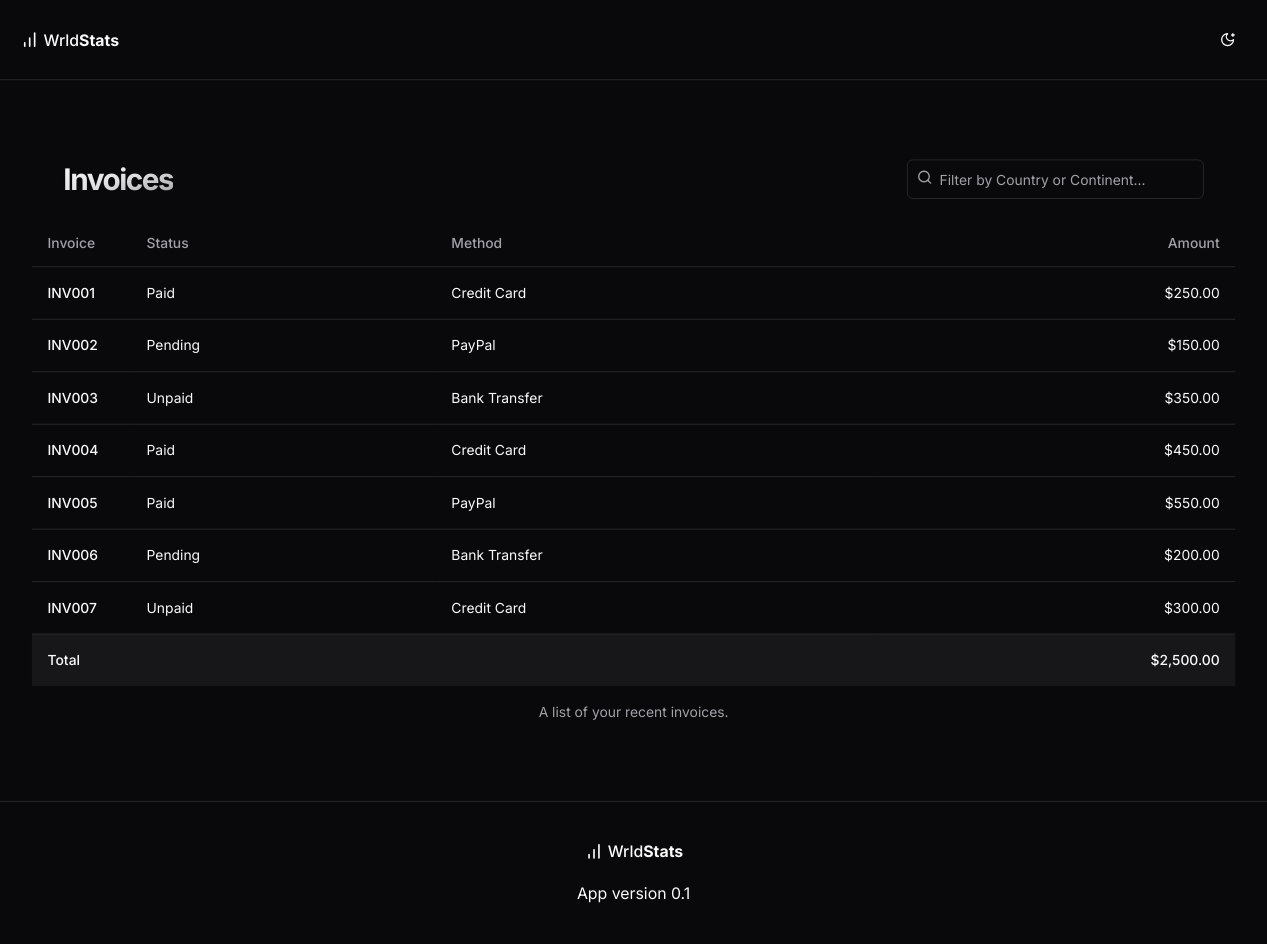
Repository: tushcmd/wrld-stats
Page: /
An editor plug-in stored every save of this project. The page is shown before and after the next save, followed by the edit.
The browser window is 1280 px wide. The pictures show the whole page, at 99% of full size.
The project was rebuilt for these pictures with package versions that can differ from the ones it lists, and the page was loaded fresh each time. The framework's server and built-in components were replaced by stand-ins that run in the browser. Also part of the build but not shown: next.config.mjs.

Above is the page before, as saved 2024-04-21 17:20:43.

### app/layout.tsx
import './globals.css';
import { Inter } from 'next/font/google';

import { Metadata, Viewport } from 'next';
import siteMetadata from '../data/siteMetadata';

import Navbar from '@/components/shared/Navbar';
import Footer from '@/components/shared/Footer';
import AppProviders from '@/components/providers/AppProviders';

const inter = Inter({ subsets: ['latin'] });

export const viewport: Viewport = {
  width: 'device-width',
  initialScale: 1,
  maximumScale: 1,
};

export const metadata: Metadata = {
  metadataBase: new URL(siteMetadata.siteUrl),
  title: {
    default: siteMetadata.title,
    template: `%s | ${siteMetadata.title}`,
  },
  description: siteMetadata.description,
  openGraph: {
    title: siteMetadata.title,
    description: siteMetadata.description,
    url: './',
    siteName: siteMetadata.title,
    locale: 'en',
    type: 'website',
  },
  alternates: {
    canonical: './',
  },
  robots: {
    index: true,
    follow: true,
    googleBot: {
      index: true,
      follow: true,
      'max-video-preview': -1,
      'max-image-preview': 'large',
      'max-snippet': -1,
    },
  },
  twitter: {
    title: siteMetadata.title,
    card: 'summary_large_image',
  },
};

export default function RootLayout({ children }: { children: React.ReactNode }) {
  return (
    <html lang="en" suppressHydrationWarning>
      <body className={inter.className}>
        <AppProviders>
          <Navbar />
          {children}
          <Footer />
        </AppProviders>
      </body>
    </html>
  );
}

### app/page.tsx
import Hero from '@/components/Hero';

export default function Home() {
  return (
    <main className="page-container">
      <Hero />
    </main>
  );
}

### app/globals.css
@tailwind base;
@tailwind components;
@tailwind utilities;

@layer base {
  :root {
    --background: 0 0% 100%;
    --foreground: 240 10% 3.9%;

    --card: 0 0% 100%;
    --card-foreground: 240 10% 3.9%;

    --popover: 0 0% 100%;
    --popover-foreground: 240 10% 3.9%;

    --primary: 240 5.9% 10%;
    --primary-foreground: 0 0% 98%;

    --secondary: 240 4.8% 95.9%;
    --secondary-foreground: 240 5.9% 10%;

    --muted: 240 4.8% 95.9%;
    --muted-foreground: 240 3.8% 46.1%;

    --accent: 240 4.8% 95.9%;
    --accent-foreground: 240 5.9% 10%;

    --destructive: 0 84.2% 60.2%;
    --destructive-foreground: 0 0% 98%;

    --border: 240 5.9% 90%;
    --input: 240 5.9% 90%;
    --ring: 240 10% 3.9%;

    --radius: 0.5rem;
  }

  .dark {
    --background: 240 10% 3.9%;
    --foreground: 0 0% 98%;

    --card: 240 10% 3.9%;
    --card-foreground: 0 0% 98%;

    --popover: 240 10% 3.9%;
    --popover-foreground: 0 0% 98%;

    --primary: 0 0% 98%;
    --primary-foreground: 240 5.9% 10%;

    --secondary: 240 3.7% 15.9%;
    --secondary-foreground: 0 0% 98%;

    --muted: 240 3.7% 15.9%;
    --muted-foreground: 240 5% 64.9%;

    --accent: 240 3.7% 15.9%;
    --accent-foreground: 0 0% 98%;

    --destructive: 0 62.8% 30.6%;
    --destructive-foreground: 0 0% 98%;

    --border: 240 3.7% 15.9%;
    --input: 240 3.7% 15.9%;
    --ring: 240 4.9% 83.9%;
  }

}

@layer base {
  * {
    @apply border-border;
  }
  body {
    @apply bg-background text-foreground;
  }
}

@layer components {

  /* FONT SIZES */
  .h1 {
		@apply text-5xl lg:text-6xl font-bold;
	}
	.h2 {
		@apply sm:text-3xl text-4xl font-bold;
	}
	.h3 {
		@apply text-2xl font-medium;
	}
	.h4 {
		@apply text-xl sm:text-lg font-normal;
	}

  /* LAYOUTS  */
	.layout-container {
		@apply container mx-auto px-5;
	}

	.page-container {
		@apply container py-20 flex flex-col gap-16 max-w-7xl;
	}
}

### data/siteMetadata.ts
const siteMetada = {
        title: "Wrld Stats",
        author: "Tush",
        headerTitle: "Wrld Stats",
        description: "Visualiser for world stats in different countries",
        language: "en",
        theme: "system", // system, dark or light
        siteUrl: "https://tushdev.co/",
        siteLogo: "public/vercel.png",
        locale: "en",
}

export default siteMetada

### components/shared/Navbar.tsx
import React, { FC } from 'react';
import ThemeSwitcherButton from '../ui/ThemeSwitcher';
import Logo from './Logo';

const Navbar: FC = () => {
  return (
    <nav className="border-b py-5">
      <div className="layout-container flex justify-between items-center max-w-7xl">
        <Logo />
        <ThemeSwitcherButton />
      </div>
    </nav>
  );
};

export default Navbar;

### components/shared/Footer.tsx
import React, { FC } from 'react'
import Logo from './Logo'
import { APP_VERSION } from '@/lib/config'

const Footer: FC = () => {
  return (
    <footer className='border-t'>
        <div className='layout-container flex flex-col gap-5 items-center  justify-center py-10'>
            <Logo />
            <p>App version {APP_VERSION}</p>
        </div>

    </footer>
  )
}

export default Footer

### components/providers/AppProviders.tsx
'use client';

import { ThemeProvider } from 'next-themes';
import { FC, ReactNode } from 'react';

interface AppProvidersProps {
  children: ReactNode;
}


const AppProviders: FC<AppProvidersProps> = ({ children }) => {
  return (
    <>
      <ThemeProvider attribute="class" disableTransitionOnChange defaultTheme="dark" enableSystem>
        {children}

      </ThemeProvider>
    </>
  );
};

export default AppProviders;

### components/Hero.tsx
import { Search } from 'lucide-react';
import React, { FC } from 'react';
import { TableDemo } from './list';
import { Input } from './ui/input';

const Hero: FC = () => {
  return (
    <section className="flex flex-col items-center justify-center gap-5">
      <div className='container flex flex-col md:flex-row justify-between items-center'>
        <p className='text-base lg:text-3xl tracking-tighter font-bold bg-gradient-to-br from-foreground via-secondary-foreground/90 to-muted-foreground bg-clip-text text-transparent drop-shadow-sm'>Invoices</p>
        <form className="ml-auto flex-1 sm:flex-initial">
          <div className="relative">
            <Search className="absolute left-2.5 top-2.5 h-4 w-4 text-muted-foreground" />
            <Input
              type="search"
              placeholder="Filter by Country or Continent..."
              className="pl-8 sm:w-[300px] md:w-[200px] lg:w-[300px]" />
          </div>
        </form>
      </div>

      <TableDemo />
    </section>
  );
};


export default Hero;

### components/ui/ThemeSwitcher.tsx
"use client";

import { useTheme } from "next-themes";
import React, { FC, useEffect, useState } from "react";
import { SunIcon,  Laptop, MoonStarIcon } from "lucide-react";
import {
	DropdownMenu,
	DropdownMenuContent,
	DropdownMenuItem,
	DropdownMenuTrigger,
} from "./dropdown-menu";
import { Button } from "./button";

const themes = [
	{
		value: "light",
		label: "Light",
		icon: SunIcon,
	},
	{
		value: "dark",
		label: "Dark",
		icon: MoonStarIcon,
	},
	{
		value: "system",
		label: "System",
		icon: Laptop,
	},
];

const ThemeSwitcher: FC = () => {
  const [mounted, setMounted] = useState(false)
	const { theme, setTheme } = useTheme();
	const currentTheme = themes.find((t) => t.value === theme);
	const ThemeIcon = currentTheme?.icon

  useEffect(() => {
    setMounted(true)
  }, [])

	return mounted && (
		<div className="flex">
			<DropdownMenu  >
				<DropdownMenuTrigger asChild>
					<Button variant="ghost" size={"icon"}>{!!ThemeIcon && <ThemeIcon className="w-4 h-4"/>}</Button>
				</DropdownMenuTrigger>
				<DropdownMenuContent>
					{themes.map(({value, label}) => <DropdownMenuItem role="button" onClick={() => setTheme(value)} key={value}>{label}</DropdownMenuItem>)}
				</DropdownMenuContent>
			</DropdownMenu>
		</div>
	);
};

export default ThemeSwitcher;

### components/shared/Logo.tsx

import { URLS } from "@/lib/urls";
import { BarChart } from "lucide-react";
import Link from "next/link";
import React, { FC } from "react";

const Logo: FC = () => {
	return (
		<Link href={URLS.HOMEPAGE} className="flex items-center gap-1 component-focus rounded-md">
			<BarChart   className="w-5 h-5 fill-current" />
			<h1 className="inline-flex flex-col gap-0 leading-none font-medium">
				<p>Wrld<span className="font-bold">Stats</span></p>
			</h1>
		</Link>
	);
};

export default Logo;

### lib/config.ts
export const APP_VERSION = 0.1

### components/list.tsx
import {
    Table,
    TableBody,
    TableCaption,
    TableCell,
    TableFooter,
    TableHead,
    TableHeader,
    TableRow,
} from "@/components/ui/table"

const invoices = [
    {
        invoice: "INV001",
        paymentStatus: "Paid",
        totalAmount: "$250.00",
        paymentMethod: "Credit Card",
    },
    {
        invoice: "INV002",
        paymentStatus: "Pending",
        totalAmount: "$150.00",
        paymentMethod: "PayPal",
    },
    {
        invoice: "INV003",
        paymentStatus: "Unpaid",
        totalAmount: "$350.00",
        paymentMethod: "Bank Transfer",
    },
    {
        invoice: "INV004",
        paymentStatus: "Paid",
        totalAmount: "$450.00",
        paymentMethod: "Credit Card",
    },
    {
        invoice: "INV005",
        paymentStatus: "Paid",
        totalAmount: "$550.00",
        paymentMethod: "PayPal",
    },
    {
        invoice: "INV006",
        paymentStatus: "Pending",
        totalAmount: "$200.00",
        paymentMethod: "Bank Transfer",
    },
    {
        invoice: "INV007",
        paymentStatus: "Unpaid",
        totalAmount: "$300.00",
        paymentMethod: "Credit Card",
    },
]

export function TableDemo() {
    return (
        <Table>
            <TableCaption>A list of your recent invoices.</TableCaption>
            <TableHeader>
                <TableRow>
                    <TableHead className="w-[100px]">Invoice</TableHead>
                    <TableHead>Status</TableHead>
                    <TableHead>Method</TableHead>
                    <TableHead className="text-right">Amount</TableHead>
                </TableRow>
            </TableHeader>
            <TableBody>
                {invoices.map((invoice) => (
                    <TableRow key={invoice.invoice}>
                        <TableCell className="font-medium">{invoice.invoice}</TableCell>
                        <TableCell>{invoice.paymentStatus}</TableCell>
                        <TableCell>{invoice.paymentMethod}</TableCell>
                        <TableCell className="text-right">{invoice.totalAmount}</TableCell>
                    </TableRow>
                ))}
            </TableBody>
            <TableFooter>
                <TableRow>
                    <TableCell colSpan={3}>Total</TableCell>
                    <TableCell className="text-right">$2,500.00</TableCell>
                </TableRow>
            </TableFooter>
        </Table>
    )
}



//import React from 'react'
//
//const List = () => {
//  return (
//    <div>List</div>
//  )
//}
//
//export default List

### components/ui/input.tsx
import * as React from "react"

import { cn } from "@/lib/utils"

export interface InputProps
  extends React.InputHTMLAttributes<HTMLInputElement> {}

const Input = React.forwardRef<HTMLInputElement, InputProps>(
  ({ className, type, ...props }, ref) => {
    return (
      <input
        type={type}
        className={cn(
          "flex h-10 w-full rounded-md border border-input bg-background px-3 py-2 text-sm ring-offset-background file:border-0 file:bg-transparent file:text-sm file:font-medium placeholder:text-muted-foreground focus-visible:outline-none focus-visible:ring-2 focus-visible:ring-ring focus-visible:ring-offset-2 disabled:cursor-not-allowed disabled:opacity-50",
          className
        )}
        ref={ref}
        {...props}
      />
    )
  }
)
Input.displayName = "Input"

export { Input }

### components/ui/button.tsx
import * as React from "react"
import { Slot } from "@radix-ui/react-slot"
import { cva, type VariantProps } from "class-variance-authority"

import { cn } from "@/lib/utils"

const buttonVariants = cva(
  "inline-flex items-center justify-center whitespace-nowrap rounded-md text-sm font-medium ring-offset-background transition-colors focus-visible:outline-none focus-visible:ring-2 focus-visible:ring-ring focus-visible:ring-offset-2 disabled:pointer-events-none disabled:opacity-50",
  {
    variants: {
      variant: {
        default: "bg-primary text-primary-foreground hover:bg-primary/90",
        destructive:
          "bg-destructive text-destructive-foreground hover:bg-destructive/90",
        outline:
          "border border-input bg-background hover:bg-accent hover:text-accent-foreground",
        secondary:
          "bg-secondary text-secondary-foreground hover:bg-secondary/80",
        ghost: "hover:bg-accent hover:text-accent-foreground",
        link: "text-primary underline-offset-4 hover:underline",
      },
      size: {
        default: "h-10 px-4 py-2",
        sm: "h-9 rounded-md px-3",
        lg: "h-11 rounded-md px-8",
        icon: "h-10 w-10",
      },
    },
    defaultVariants: {
      variant: "default",
      size: "default",
    },
  }
)

export interface ButtonProps
  extends React.ButtonHTMLAttributes<HTMLButtonElement>,
    VariantProps<typeof buttonVariants> {
  asChild?: boolean
}

const Button = React.forwardRef<HTMLButtonElement, ButtonProps>(
  ({ className, variant, size, asChild = false, ...props }, ref) => {
    const Comp = asChild ? Slot : "button"
    return (
      <Comp
        className={cn(buttonVariants({ variant, size, className }))}
        ref={ref}
        {...props}
      />
    )
  }
)
Button.displayName = "Button"

export { Button, buttonVariants }

### lib/urls.ts
export enum URLS {
    HOMEPAGE = "/"
}

### components/ui/table.tsx
import * as React from "react"

import { cn } from "@/lib/utils"

const Table = React.forwardRef<
  HTMLTableElement,
  React.HTMLAttributes<HTMLTableElement>
>(({ className, ...props }, ref) => (
  <div className="relative w-full overflow-auto">
    <table
      ref={ref}
      className={cn("w-full caption-bottom text-sm", className)}
      {...props}
    />
  </div>
))
Table.displayName = "Table"

const TableHeader = React.forwardRef<
  HTMLTableSectionElement,
  React.HTMLAttributes<HTMLTableSectionElement>
>(({ className, ...props }, ref) => (
  <thead ref={ref} className={cn("[&_tr]:border-b", className)} {...props} />
))
TableHeader.displayName = "TableHeader"

const TableBody = React.forwardRef<
  HTMLTableSectionElement,
  React.HTMLAttributes<HTMLTableSectionElement>
>(({ className, ...props }, ref) => (
  <tbody
    ref={ref}
    className={cn("[&_tr:last-child]:border-0", className)}
    {...props}
  />
))
TableBody.displayName = "TableBody"

const TableFooter = React.forwardRef<
  HTMLTableSectionElement,
  React.HTMLAttributes<HTMLTableSectionElement>
>(({ className, ...props }, ref) => (
  <tfoot
    ref={ref}
    className={cn(
      "border-t bg-muted/50 font-medium [&>tr]:last:border-b-0",
      className
    )}
    {...props}
  />
))
TableFooter.displayName = "TableFooter"

const TableRow = React.forwardRef<
  HTMLTableRowElement,
  React.HTMLAttributes<HTMLTableRowElement>
>(({ className, ...props }, ref) => (
  <tr
    ref={ref}
    className={cn(
      "border-b transition-colors hover:bg-muted/50 data-[state=selected]:bg-muted",
      className
    )}
    {...props}
  />
))
TableRow.displayName = "TableRow"

const TableHead = React.forwardRef<
  HTMLTableCellElement,
  React.ThHTMLAttributes<HTMLTableCellElement>
>(({ className, ...props }, ref) => (
  <th
    ref={ref}
    className={cn(
      "h-12 px-4 text-left align-middle font-medium text-muted-foreground [&:has([role=checkbox])]:pr-0",
      className
    )}
    {...props}
  />
))
TableHead.displayName = "TableHead"

const TableCell = React.forwardRef<
  HTMLTableCellElement,
  React.TdHTMLAttributes<HTMLTableCellElement>
>(({ className, ...props }, ref) => (
  <td
    ref={ref}
    className={cn("p-4 align-middle [&:has([role=checkbox])]:pr-0", className)}
    {...props}
  />
))
TableCell.displayName = "TableCell"

const TableCaption = React.forwardRef<
  HTMLTableCaptionElement,
  React.HTMLAttributes<HTMLTableCaptionElement>
>(({ className, ...props }, ref) => (
  <caption
    ref={ref}
    className={cn("mt-4 text-sm text-muted-foreground", className)}
    {...props}
  />
))
TableCaption.displayName = "TableCaption"

export {
  Table,
  TableHeader,
  TableBody,
  TableFooter,
  TableHead,
  TableRow,
  TableCell,
  TableCaption,
}

### tailwind.config.ts
import type { Config } from "tailwindcss"


const config = {
  darkMode: ["class"],
  content: [
    './pages/**/*.{ts,tsx}',
    './components/**/*.{ts,tsx}',
    './app/**/*.{ts,tsx}',
    './src/**/*.{ts,tsx}',
	],
  prefix: "",
  theme: {
    container: {
      center: true,
      padding: "2rem",
      screens: {
        "2xl": "1400px",
      },
    },
    extend: {
      colors: {
        border: "hsl(var(--border))",
        input: "hsl(var(--input))",
        ring: "hsl(var(--ring))",
        background: "hsl(var(--background))",
        foreground: "hsl(var(--foreground))",
        primary: {
          DEFAULT: "hsl(var(--primary))",
          foreground: "hsl(var(--primary-foreground))",
        },
        secondary: {
          DEFAULT: "hsl(var(--secondary))",
          foreground: "hsl(var(--secondary-foreground))",
        },
        destructive: {
          DEFAULT: "hsl(var(--destructive))",
          foreground: "hsl(var(--destructive-foreground))",
        },
        muted: {
          DEFAULT: "hsl(var(--muted))",
          foreground: "hsl(var(--muted-foreground))",
        },
        accent: {
          DEFAULT: "hsl(var(--accent))",
          foreground: "hsl(var(--accent-foreground))",
        },
        popover: {
          DEFAULT: "hsl(var(--popover))",
          foreground: "hsl(var(--popover-foreground))",
        },
        card: {
          DEFAULT: "hsl(var(--card))",
          foreground: "hsl(var(--card-foreground))",
        },
      },
      borderRadius: {
        lg: "var(--radius)",
        md: "calc(var(--radius) - 2px)",
        sm: "calc(var(--radius) - 4px)",
      },
      keyframes: {
        "accordion-down": {
          from: { height: "0" },
          to: { height: "var(--radix-accordion-content-height)" },
        },
        "accordion-up": {
          from: { height: "var(--radix-accordion-content-height)" },
          to: { height: "0" },
        },
      },
      animation: {
        "accordion-down": "accordion-down 0.2s ease-out",
        "accordion-up": "accordion-up 0.2s ease-out",
      },
    },
  },
  plugins: [require("tailwindcss-animate")],
} satisfies Config

export default config

const BREAKPOINTS = {
	SM: {
		MIN: 0,
		MAX: 1024,
	},
	LG: {
		MIN: 1025,
		MAX: 1920,
	},
};

Loaded but not shown: lib/utils.ts (common file); components/ui/dropdown-menu.tsx (200 lines, source omitted)

After the next save:
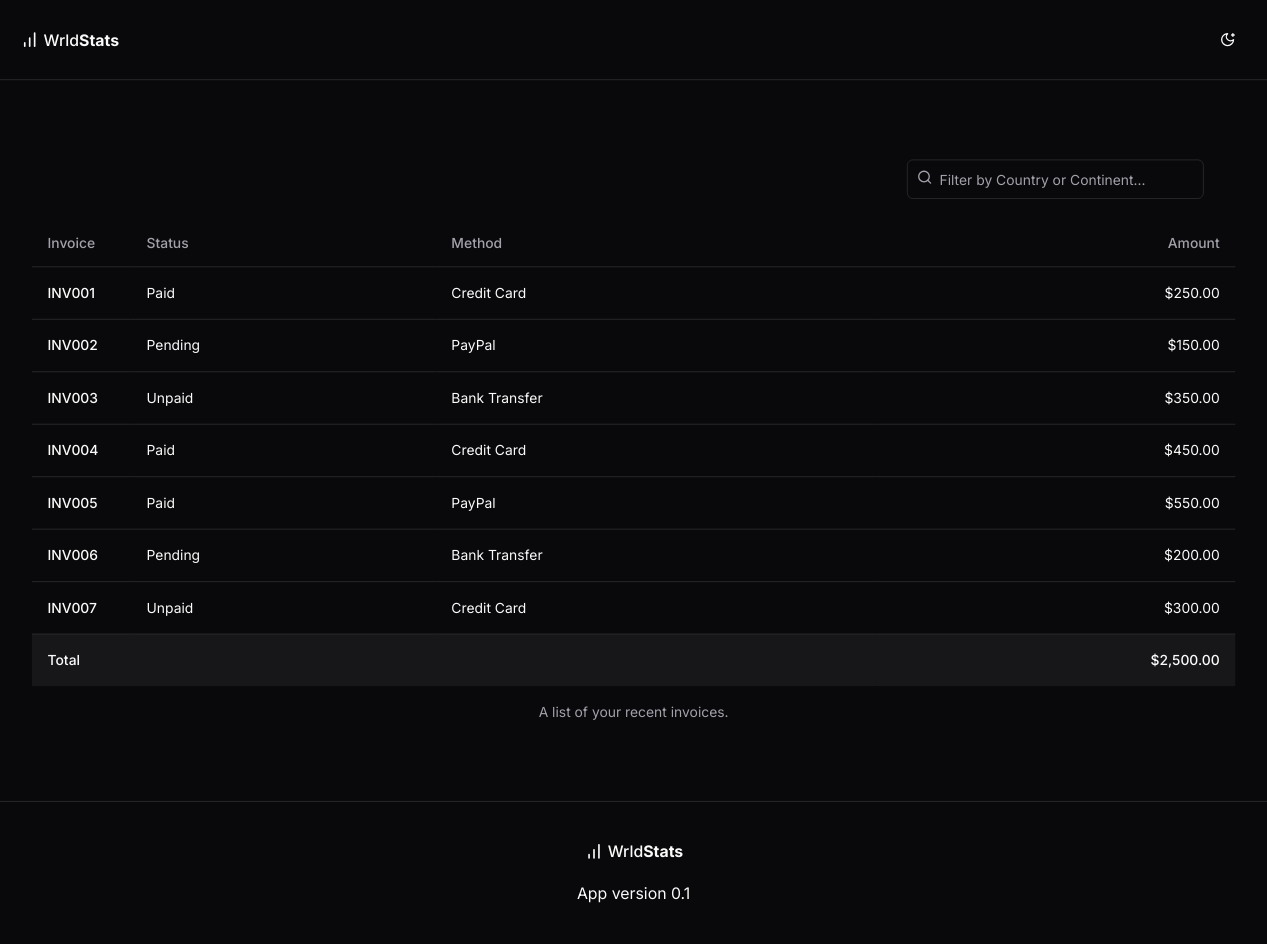
Saved 88 s later.
--- a/components/Hero.tsx
+++ b/components/Hero.tsx
@@ -7,7 +7,7 @@ const Hero: FC = () => {
   return (
     <section className="flex flex-col items-center justify-center gap-5">
       <div className='container flex flex-col md:flex-row justify-between items-center'>
-        <p className='text-base lg:text-3xl tracking-tighter font-bold bg-gradient-to-br from-foreground via-secondary-foreground/90 to-muted-foreground bg-clip-text text-transparent drop-shadow-sm'>Invoices</p>
+        <p className='text-base lg:text-3xl font-bold text-transparent drop-shadow-sm'>Invoices</p>
         <form className="ml-auto flex-1 sm:flex-initial">
           <div className="relative">
             <Search className="absolute left-2.5 top-2.5 h-4 w-4 text-muted-foreground" />
